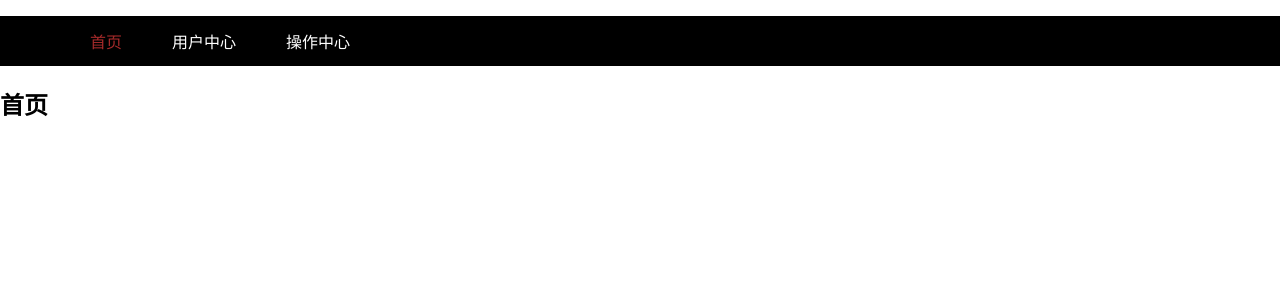
Repository: zhenzhen-gong/react-learning
Page: /
These files come from the project's save history. The page is drawn as it stood at one moment and after the next save; the edit follows.
The browser window is 1280 px wide. The pictures show the whole page.
The first visible `a` is being pressed.
The project was rebuilt for these pictures with package versions that can differ from the ones it lists, and the page was loaded fresh each time. Also part of the build but not shown: src/component/qianTaoRouter/userCenter.js, src/component/qianTaoRouter/handleCenter.js.

Above is the page before, as saved 2021-04-18 23:37:05.

### src/index.js
import React from 'react';
import ReactDOM from 'react-dom';
import {
  BrowserRouter as Router,
  Route,
  Link
} from "react-router-dom";

import './index.css';
import './index.less'
import Home from './component/qianTaoRouter/home';
import UserCenter from './component/qianTaoRouter/userCenter';
import HandleCenter from './component/qianTaoRouter/handleCenter';
// import NewsContent from './component/routerTest/newsContent'
// import MenuContent from './component/routerTest/menuContent'
// import Login from './component/routerTest/login'
import reportWebVitals from './reportWebVitals';

ReactDOM.render(
  <Router>
    <ul className="tab-box">
          <li>
            <Link to="/">首页</Link>
          </li>
          <li>
            <Link to="/user">用户中心</Link>
          </li>
          <li>
            <Link to="/handle">操作中心</Link>
          </li>
    </ul>
    {/*
     <Route path='/'> <Home /> </Route>
    <Route path='/news'> <News /> </Route>
    <Route path='/memu'>  <Memu /> </Route>
     */}
     {/*exact 为严格匹配*/}
     <Route exact  path='/' component={Home} />
    <Route path='/user' component={UserCenter} />
    <Route path='/handle' component={HandleCenter} />

    {/*<Route path='/content/:aid' component={NewsContent} />
    <Route path='/menucontent' component={MenuContent} />
    <Route path='/login' component={Login} /> */}
  </Router>,
  document.getElementById('root')
);

// If you want to start measuring performance in your app, pass a function
// to log results (for example: reportWebVitals(console.log))
// or send to an analytics endpoint. Learn more: https://bit.ly/CRA-vitals
reportWebVitals();

### src/index.less
.tab-box {
    display: flex;
    height: 50px;
    align-items: center;
    background-color: black;
    li {
        list-style: none;
        margin-left: 50px;
        a {
            color: #fff;
            text-decoration:none;
        }
        a:active {
            color: brown;
        }
    }
  }

### src/component/qianTaoRouter/home.js
import React, {Component} from 'react'



class Home extends Component {
    constructor(props) {
        super(props)
        this.state = {
            msg: "首页"
        }
    }



    render() {
        return (
            <div>
                <h2>{this.state.msg}</h2>
            </div>
        )
    }
}


export default Home

Loaded but not shown: public/index.html (common file); src/index.css (common file); src/reportWebVitals.js (common file); public/manifest.json (common file)

After the next save:
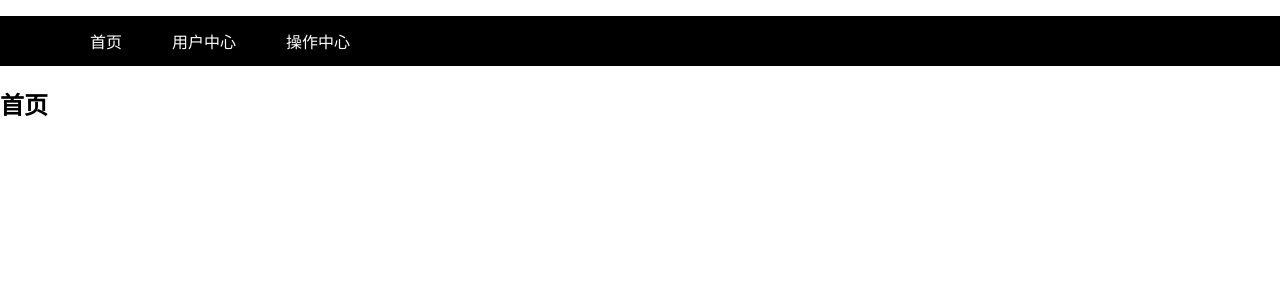
Saved 10 s later.
--- a/src/index.less
+++ b/src/index.less
@@ -10,8 +10,5 @@
             color: #fff;
             text-decoration:none;
         }
-        a:active {
-            color: brown;
-        }
     }
   }
